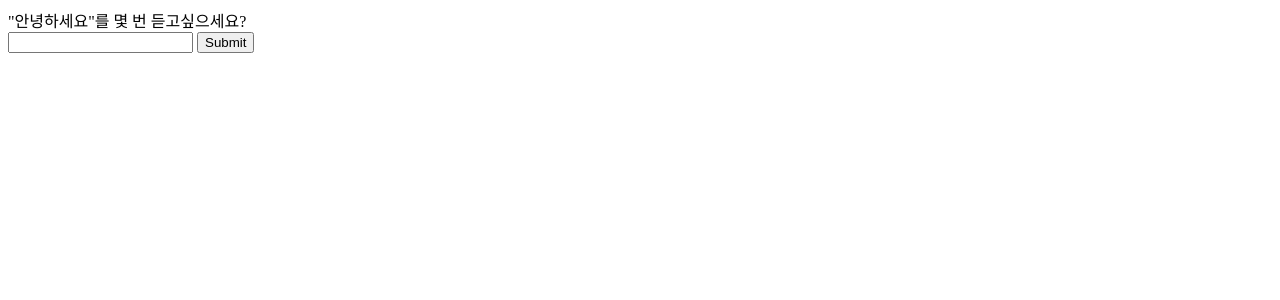
Repository: HimNahyeon/devClassBackup
Page: jsp/youtube_jsp/JSPPrj/WebContent/hello.html
The author's editor kept a copy of each file at every save. The page is drawn from the files as they stood at one save, then again after the next save.
The browser window is 1280 px wide. The pictures show the whole page.

Above is the page before, as saved 2021-10-27 15:04:27.

### jsp/youtube_jsp/JSPPrj/WebContent/hello.html
<!DOCTYPE html>
<html>
<head>
<meta charset="UTF-8">
<title>Insert title here</title>
</head>
<body>
	<div>
		<form>
			<div>
				<label>"안녕하세요"를 몇 번 듣고싶으세요?</label>
			</div>
			<div>
				<input type="text" name="cnt"/>
				<input type="submit" name="cnt"/>
			</div>
		</form>
	</div>
</body>
</html>

After the next save:
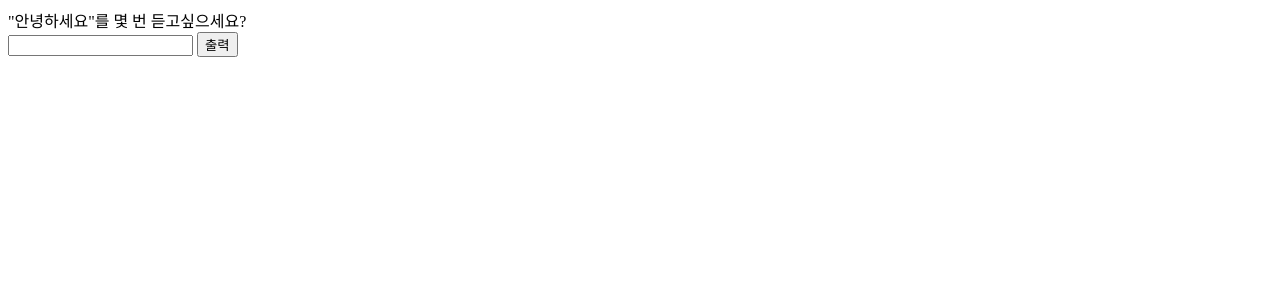
Saved 8 s later.
--- a/jsp/youtube_jsp/JSPPrj/WebContent/hello.html
+++ b/jsp/youtube_jsp/JSPPrj/WebContent/hello.html
@@ -12,7 +12,7 @@
 			</div>
 			<div>
 				<input type="text" name="cnt"/>
-				<input type="submit" name="cnt"/>
+				<input type="submit" value="출력"/>
 			</div>
 		</form>
 	</div>
